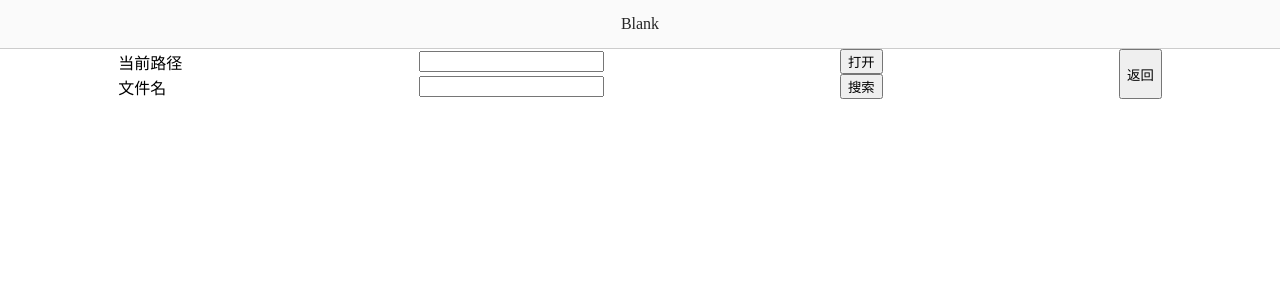
Repository: andycj7/-
Page: JS插件开发/filesystem/index.html
The author's editor kept a copy of each file at every save. The page is drawn from the files as they stood at one save, then again after the next save.
The browser window is 1280 px wide. The pictures show the whole page.

Above is the page before, as saved 2020-07-21 07:49:10.
Console error (its wording comes from the project's code and is left out).

### JS插件开发/filesystem/index.html
<html>

<head>
<meta charset="utf-8">
<meta name="viewport"
	content="initial-scale=1, maximum-scale=1, user-scalable=no, width=device-width">
<title>Blank</title>
<link rel="stylesheet" href="css/base.css">
</head>

<body>
	<div class="title">Blank</div>
	<div class="line"></div>
	<div class="div-parent">
		<div class="div-control">
			<div class = "div-control-column">
				<label>当前路径</label>
				<label>文件名</label>
			</div>
			<div class = "div-control-column">
				<input></input>
				<input></input>
			</div>
			<div class = "div-control-column">
				<button>打开</button>
				<button>搜索</button>
			</div>
			<button>返回</button>
		</div>
		<div id="div_display" class="div-child-2">
		</div>
	</div>
</body>
<script src="js/GeoBOS.min.js"></script>
<script src="js/GeoBOS.filesystem.min.js"></script>
<script src="js/index.js"></script>
</html>

### JS插件开发/filesystem/css/base.css
@charset "UTF-8";

body {
	margin: 0;
}

.title {
	height: 48px;
	font-size: 16px;
	line-height: 48px;
	text-align: center;
	color: rgba(0, 0, 0, .85);
	background-color: #fafafa;
}

.line {
	width: 100%;
	height: 1px;
	background-color: rgb(204, 204, 204);
}

.div-parent {
	display: flex;
	flex-direction: column;
	justify-content: center;
	width: 100%;
}

.div-control {
	display: flex;
	flex-direction: row;
	justify-content: space-around;
}

.div-control-column {
	display: flex;
	flex-direction: column;
	justify-content: space-around;
}

.label {
	width: 16%;
	height: 30px;
	text-align: center;
	line-height: 30px;
	font-size: 10px;
}

.input-path {
	width: 60%;
	height: 30px;
	overflow: hidden;
	line-height: 20px;
	font-size: 15px;
	font-size: 12px;
}

.button {
	width: 12%;
	height: 30px;
	font-size: 12px;
}

.input-file {
	width: 100%;
	height: 30px;
	overflow: hidden;
	border: none;
	line-height: 35px;
	font-size: 15px;
}

### JS插件开发/filesystem/js/GeoBOS.filesystem.min.js
GeoBOS.filesystem = {

	init : function (cb) {
		GeoBOS.plugin.execute("FileSystemPlugin", "init", GeoBOS.getId(), '', null, cb);
	},
	open : function (name, cb) {
		GeoBOS.plugin.execute("FileSystemPlugin", "open", GeoBOS.getId(), name, null, cb);
	},
	back : function (cb) {
		GeoBOS.plugin.execute("FileSystemPlugin", "back", GeoBOS.getId(), '', null, cb);
	}
}

Loaded but not shown: JS插件开发/filesystem/js/GeoBOS.min.js (library); JS插件开发/filesystem/js/index.js (no copy from this time; the picture is the same without it)

After the next save:
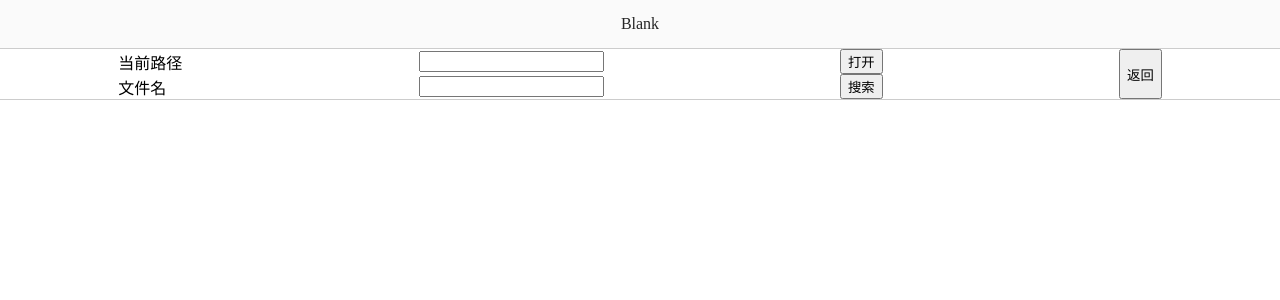
Saved 60 s later.
--- a/JS插件开发/filesystem/index.html
+++ b/JS插件开发/filesystem/index.html
@@ -27,6 +27,7 @@
 			</div>
 			<button>返回</button>
 		</div>
+		<div class="line"></div>
 		<div id="div_display" class="div-child-2">
 		</div>
 	</div>

After the save that followed:
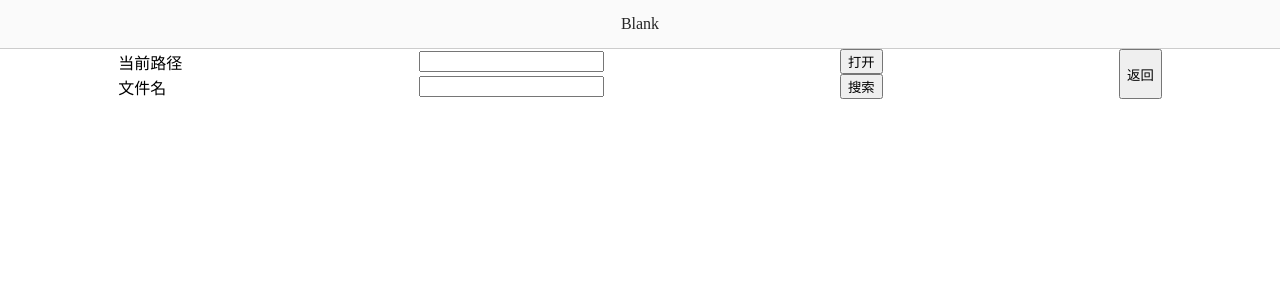
Saved 13 s later.
--- a/JS插件开发/filesystem/index.html
+++ b/JS插件开发/filesystem/index.html
@@ -27,7 +27,6 @@
 			</div>
 			<button>返回</button>
 		</div>
-		<div class="line"></div>
 		<div id="div_display" class="div-child-2">
 		</div>
 	</div>
